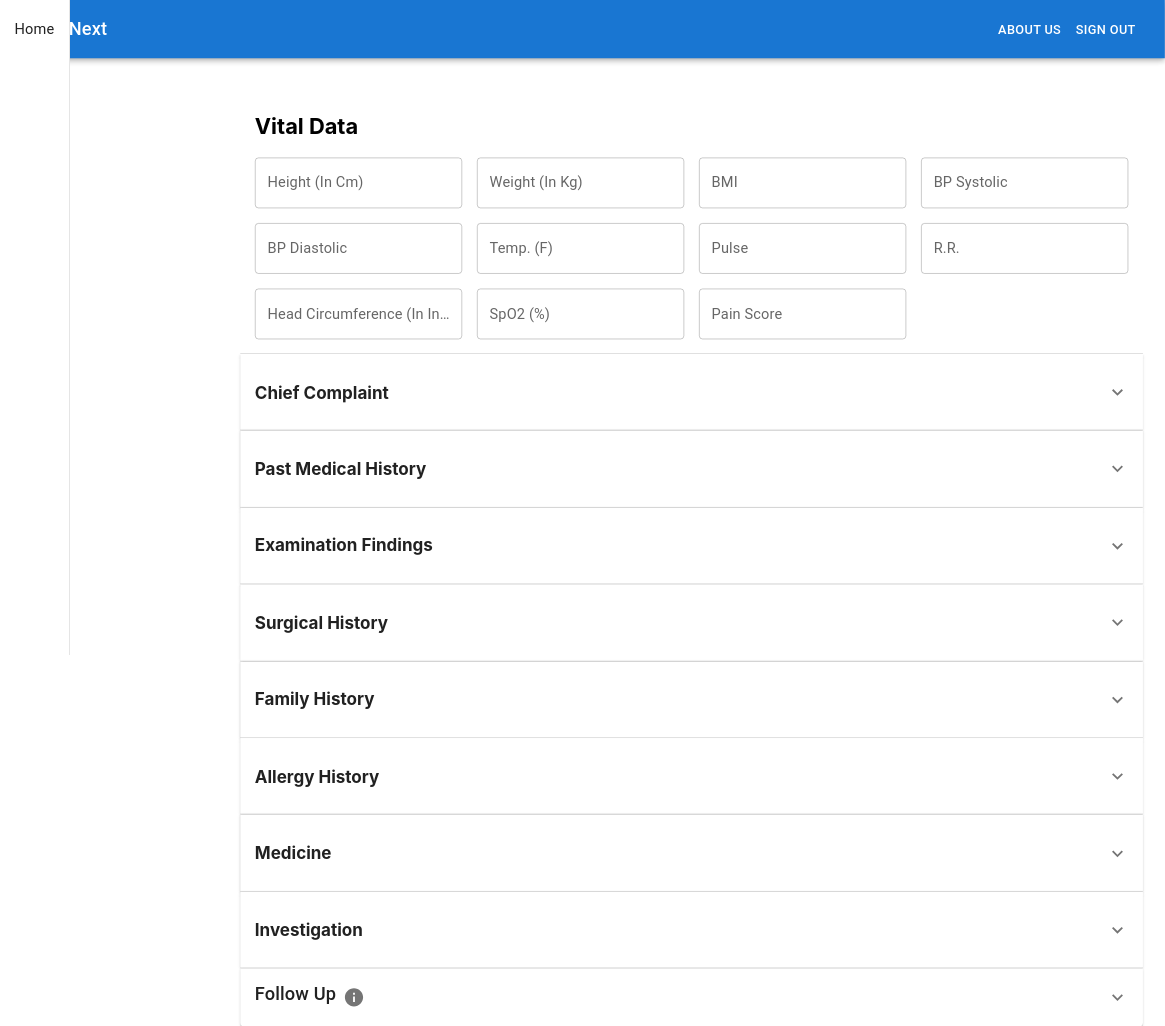
Repository: sshaiv/demo_project
Page: /
These files come from the project's save history. The page is drawn as it stood at one moment and after the next save; the edit follows.
The browser window is 1280 px wide. The pictures show the whole page, at 91% of full size.
The project was rebuilt for these pictures with package versions that can differ from the ones it lists, and the page was loaded fresh each time.

Above is the page before, as saved 2024-08-12 20:00:59.

### src/App.js
import React from 'react';
import { Container, Box } from '@mui/material';
import Header from './components/Header';
import Sidebar from './components/Sidebar';
import VitalData from './components/VitalData';
import AccordionSection from './components/AccordionSection';
import MedicineSection from './components/MedicineSection';
import FollowUpSection from './components/FollowUpSection';

const App = () => {
  return (
    <div style={{ display: 'flex' }}>
      <Header />
      <Sidebar />
      <Container style={{ marginTop: '64px', marginLeft: '240px' }}>
        <Box mt={3}>
          <VitalData />
          <AccordionSection title="Chief Complaint" />
          <AccordionSection title="Past Medical History" />
          <AccordionSection title="Examination Findings" />
          <AccordionSection title="Surgical History" />
          <AccordionSection title="Family History" />
          <AccordionSection title="Allergy History" />
          <MedicineSection />
          <AccordionSection title="Investigation" />
          <FollowUpSection />
        </Box>
      </Container>
    </div>
  );
};

export default App;

### src/components/Header.js
import React from 'react';
import { AppBar, Toolbar, Typography, Button } from '@mui/material';

const Header = () => (
  <AppBar position="fixed">
    <Toolbar>
      <Typography variant="h6" style={{ flexGrow: 1 }}>
        MedoNext
      </Typography>
      <Button color="inherit">About Us</Button>
      <Button color="inherit">Sign Out</Button>
    </Toolbar>
  </AppBar>
);

export default Header;

### src/components/Sidebar.js
import React from 'react';
import { Drawer, List, ListItem, ListItemText } from '@mui/material';

const Sidebar = () => {
  return (
    <Drawer variant="permanent">
      <List>
        <ListItem button>
          <ListItemText primary="Home" />
        </ListItem>
        {/* Add other menu items here */}
      </List>
    </Drawer>
  );
}

export default Sidebar;

### src/components/VitalData.js
import React from 'react';
import { TextField, Grid } from '@mui/material';

const VitalData = () => {
  return (
    <div style={{ padding: 16 }}>
      <h2>Vital Data</h2>
      <Grid container spacing={2}>
        <Grid item xs={12} sm={6} md={3}>
          <TextField label="Height (In Cm)" fullWidth />
        </Grid>
        <Grid item xs={12} sm={6} md={3}>
          <TextField label="Weight (In Kg)" fullWidth />
        </Grid>
        <Grid item xs={12} sm={6} md={3}>
          <TextField label="BMI" fullWidth />
        </Grid>
        <Grid item xs={12} sm={6} md={3}>
          <TextField label="BP Systolic" fullWidth />
        </Grid>
        <Grid item xs={12} sm={6} md={3}>
          <TextField label="BP Diastolic" fullWidth />
        </Grid>
        <Grid item xs={12} sm={6} md={3}>
          <TextField label="Temp. (F)" fullWidth />
        </Grid>
        <Grid item xs={12} sm={6} md={3}>
          <TextField label="Pulse" fullWidth />
        </Grid>
        <Grid item xs={12} sm={6} md={3}>
          <TextField label="R.R." fullWidth />
        </Grid>
        <Grid item xs={12} sm={6} md={3}>
          <TextField label="Head Circumference (In Inch)" fullWidth />
        </Grid>
        <Grid item xs={12} sm={6} md={3}>
          <TextField label="SpO2 (%)" fullWidth />
        </Grid>
        <Grid item xs={12} sm={6} md={3}>
          <TextField label="Pain Score" fullWidth />
        </Grid>
      </Grid>
    </div>
  );
}

export default VitalData;

### src/components/AccordionSection.js
import React from 'react';
import { Accordion, AccordionSummary, AccordionDetails, TextField } from '@mui/material';
import ExpandMoreIcon from '@mui/icons-material/ExpandMore';

const AccordionSection = ({ title }) => (
  <Accordion>
    <AccordionSummary expandIcon={<ExpandMoreIcon />}>
      <h3>{title}</h3>
    </AccordionSummary>
    <AccordionDetails>
      <TextField label={`Search ${title}`} fullWidth />
    </AccordionDetails>
  </Accordion>
);

export default AccordionSection;

### src/components/MedicineSection.js
import React from 'react';
import { Accordion, AccordionSummary, AccordionDetails, TextField, Grid, Button } from '@mui/material';
import ExpandMoreIcon from '@mui/icons-material/ExpandMore';

const MedicineSection = () => (
  <Accordion>
    <AccordionSummary expandIcon={<ExpandMoreIcon />}>
      <h3>Medicine</h3>
    </AccordionSummary>
    <AccordionDetails>
      <Grid container spacing={2}>
        <Grid item xs={12} sm={6}>
          <TextField label="Search Medicine" fullWidth />
        </Grid>
        <Grid item xs={12} sm={6}>
          <TextField label="Search Generic Medicine" fullWidth />
        </Grid>
        <Grid item xs={12} sm={6}>
          <TextField label="Template" fullWidth />
        </Grid>
        <Grid item xs={12} sm={6}>
          <Button variant="contained">Create New Template</Button>
        </Grid>
      </Grid>
    </AccordionDetails>
  </Accordion>
);

export default MedicineSection;

### src/components/FollowUpSection.js
import React from 'react';
import { Accordion, AccordionSummary, AccordionDetails, TextField, Typography, Grid, Button } from '@mui/material';
import ExpandMoreIcon from '@mui/icons-material/ExpandMore';
import InfoIcon from '@mui/icons-material/Info';
import IconButton from '@mui/material/IconButton';

const FollowUpSection = () => {
  return (
    <Accordion>
      <AccordionSummary expandIcon={<ExpandMoreIcon />}>
        <Typography variant="h6">Follow Up</Typography>
        <IconButton>
          <InfoIcon />
        </IconButton>
      </AccordionSummary>
      <AccordionDetails>
        <Grid container spacing={3}>
          <Grid item xs={12} sm={6}>
            <TextField label="Date Time" fullWidth />
          </Grid>
          <Grid item xs={12} sm={6}>
            <TextField label="Remark" fullWidth />
          </Grid>
          <Grid item xs={12} sm={6}>
            <TextField label="Refer Doctor" fullWidth />
          </Grid>
          <Grid item xs={12} sm={6}>
            <TextField label="Remark" fullWidth />
          </Grid>
        </Grid>
        <Button variant="contained" color="primary" style={{ marginTop: '16px' }}>
          Follow Up Save
        </Button>
      </AccordionDetails>
    </Accordion>
  );
};

export default FollowUpSection;

Loaded but not shown: public/index.html (common file); src/index.js (common file); src/index.css (common file)

After the next save:
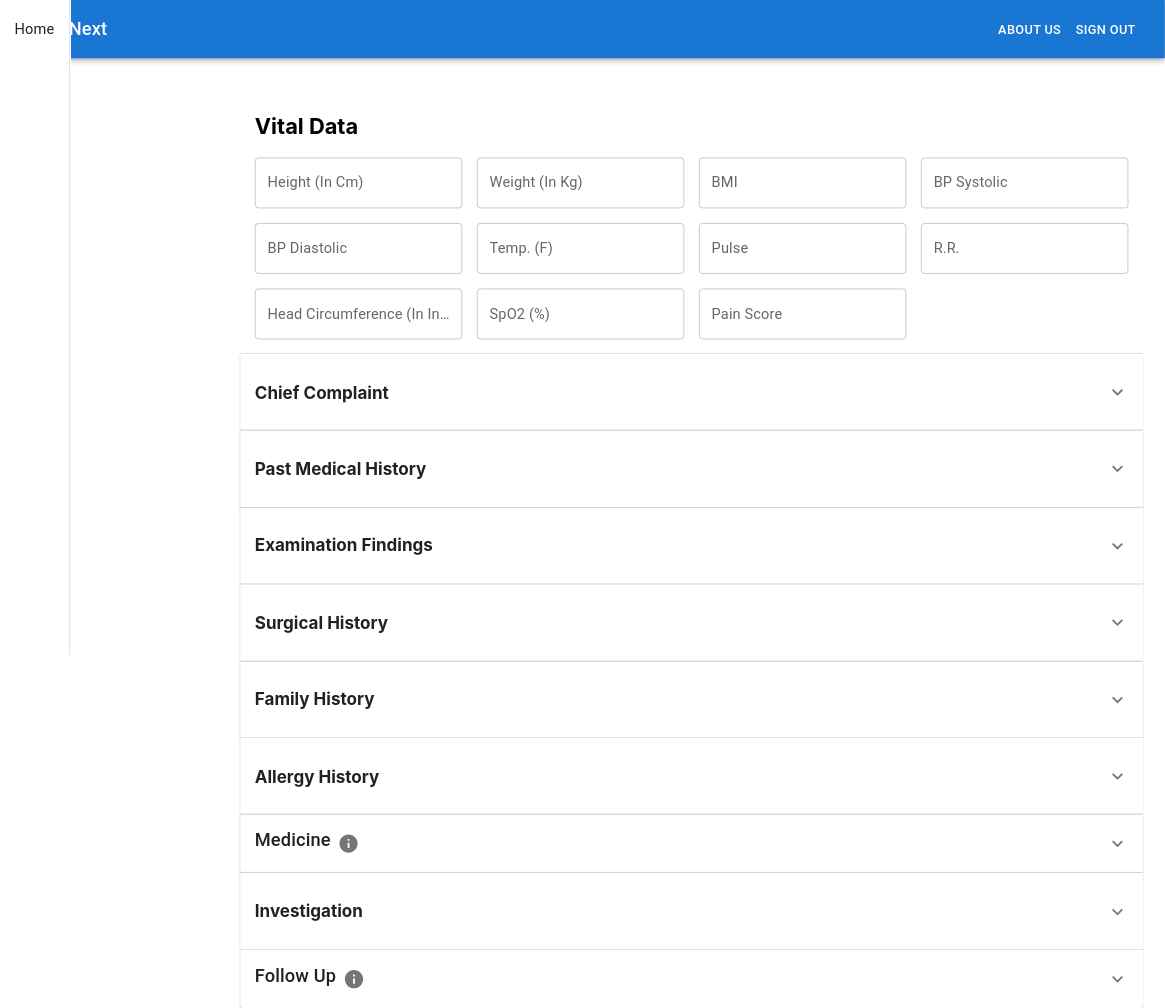
Saved 9 s later.
--- a/src/components/MedicineSection.js
+++ b/src/components/MedicineSection.js
@@ -1,29 +1,46 @@
 import React from 'react';
-import { Accordion, AccordionSummary, AccordionDetails, TextField, Grid, Button } from '@mui/material';
+import { Accordion, AccordionSummary, AccordionDetails, TextField, Typography, Box, Grid, Button } from '@mui/material';
 import ExpandMoreIcon from '@mui/icons-material/ExpandMore';
+import InfoIcon from '@mui/icons-material/Info';
+import IconButton from '@mui/material/IconButton';
 
-const MedicineSection = () => (
-  <Accordion>
-    <AccordionSummary expandIcon={<ExpandMoreIcon />}>
-      <h3>Medicine</h3>
-    </AccordionSummary>
-    <AccordionDetails>
-      <Grid container spacing={2}>
-        <Grid item xs={12} sm={6}>
-          <TextField label="Search Medicine" fullWidth />
-        </Grid>
-        <Grid item xs={12} sm={6}>
-          <TextField label="Search Generic Medicine" fullWidth />
-        </Grid>
-        <Grid item xs={12} sm={6}>
-          <TextField label="Template" fullWidth />
-        </Grid>
-        <Grid item xs={12} sm={6}>
-          <Button variant="contained">Create New Template</Button>
-        </Grid>
-      </Grid>
-    </AccordionDetails>
-  </Accordion>
-);
+const MedicineSection = () => {
+  return (
+    <Accordion>
+      <AccordionSummary expandIcon={<ExpandMoreIcon />}>
+        <Typography variant="h6">Medicine</Typography>
+        <IconButton>
+          <InfoIcon />
+        </IconButton>
+      </AccordionSummary>
+      <AccordionDetails>
+        <Box>
+          <TextField label="Search Medicine" fullWidth margin="normal" />
+          <TextField label="Search Generic Medicine" fullWidth margin="normal" />
+          <Grid container spacing={3}>
+            <Grid item xs={12} sm={6} md={4}>
+              <TextField label="Unit" fullWidth />
+            </Grid>
+            <Grid item xs={12} sm={6} md={4}>
+              <TextField label="Frequency" fullWidth />
+            </Grid>
+            <Grid item xs={12} sm={6} md={4}>
+              <TextField label="Duration" fullWidth />
+            </Grid>
+            <Grid item xs={12} sm={6} md={4}>
+              <TextField label="Start From" fullWidth />
+            </Grid>
+            <Grid item xs={12} sm={6} md={4}>
+              <TextField label="Instruction" fullWidth />
+            </Grid>
+          </Grid>
+          <Button variant="contained" color="primary" style={{ marginTop: '16px' }}>
+            Create New Template
+          </Button>
+        </Box>
+      </AccordionDetails>
+    </Accordion>
+  );
+};
 
 export default MedicineSection;
